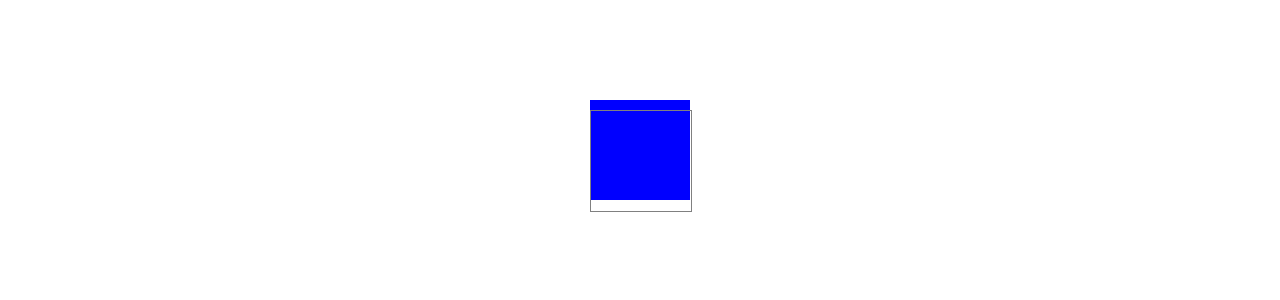
Repository: tung1233hhhhhhhhhhhhh/login-demo
Page: test.html
These files come from the project's save history. The page is drawn as it stood at one moment and after the next save; the edit follows.
The browser window is 1280 px wide. The pictures show the whole page.

Above is the page before, as saved 2023-02-08 21:56:18.

### test.html
<!DOCTYPE html>
<html lang="en">

<head>
    <meta charset="UTF-8">
    <meta http-equiv="X-UA-Compatible" content="IE=edge">
    <meta name="viewport" content="width=device-width, initial-scale=1.0">
    <title>Document</title>
</head>
<style>
    .box {
        height: 100px;
        width: 100px;
        background-color: blue;
        margin: auto;
        margin-top: 100px;
        position: relative;
    }

    .boxnav {
        height: 100px;
        width: 100px;
        background-color: rgba(240, 240, 240, 0);
        border: 1px solid gray;
        position: absolute;
        margin-top: 10px;
        margin-right: 20px;

    }
</style>

<body>
    <div class="box">
        <div class="boxnav"></div>
    </div>
</body>

</html>

After the next save:
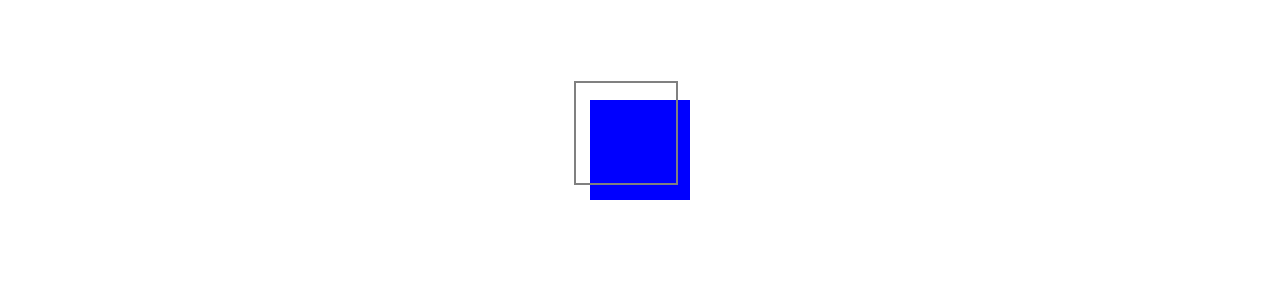
Saved 93 s later.
--- a/test.html
+++ b/test.html
@@ -18,14 +18,15 @@
     }
 
     .boxnav {
+
+
         height: 100px;
         width: 100px;
         background-color: rgba(240, 240, 240, 0);
-        border: 1px solid gray;
+        border: 2px solid gray;
         position: absolute;
-        margin-top: 10px;
-        margin-right: 20px;
-
+        margin-top: -19px;
+        margin-left: -16px;
     }
 </style>
 
